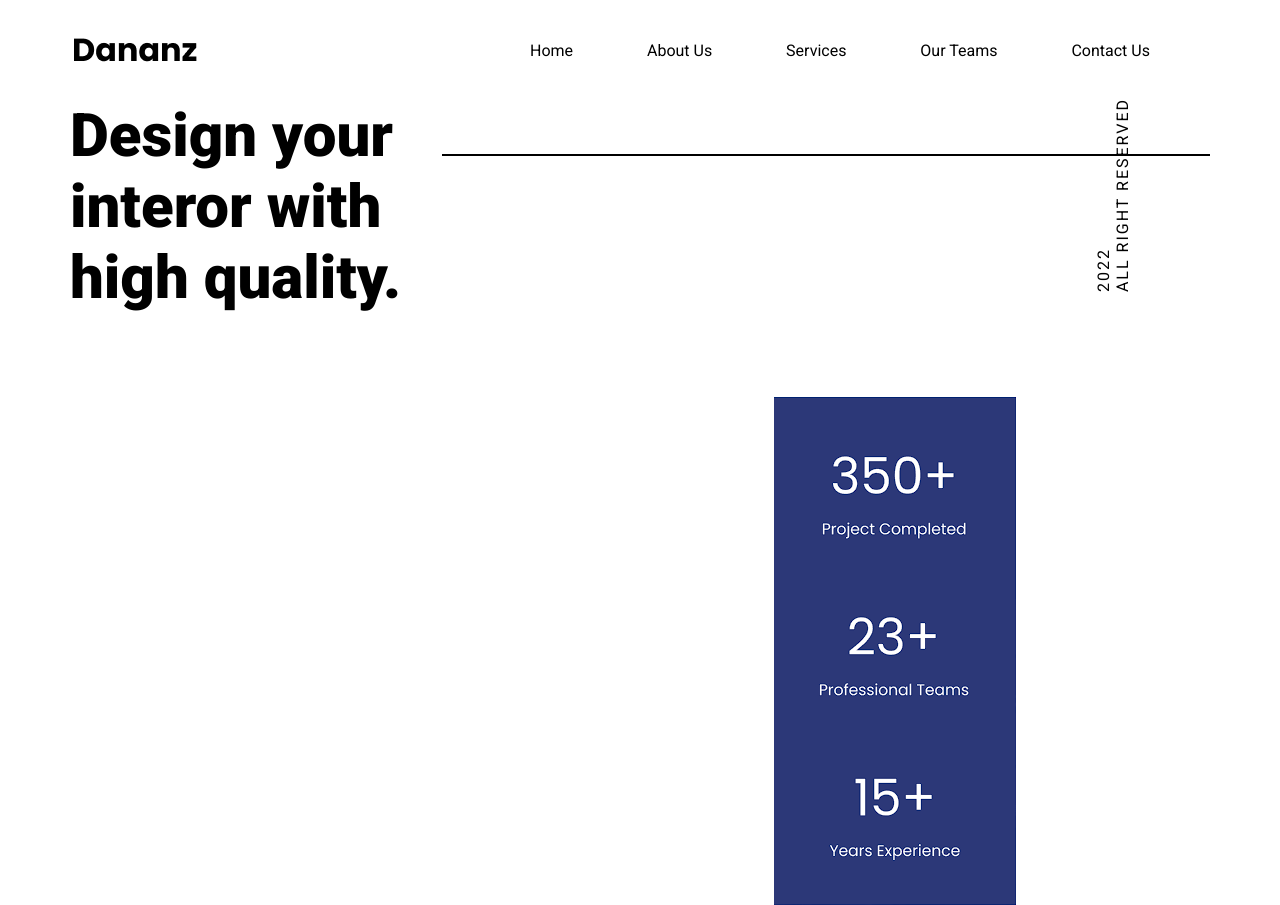
Repository: AsadKasimov/disain
Page: index.html
The author's editor kept a copy of each file at every save. The page is drawn from the files as they stood at one save, then again after the next save.
The browser window is 1280 px wide. The pictures show the whole page.

Above is the page before, as saved 2023-04-20 12:54:10.

After the next save:
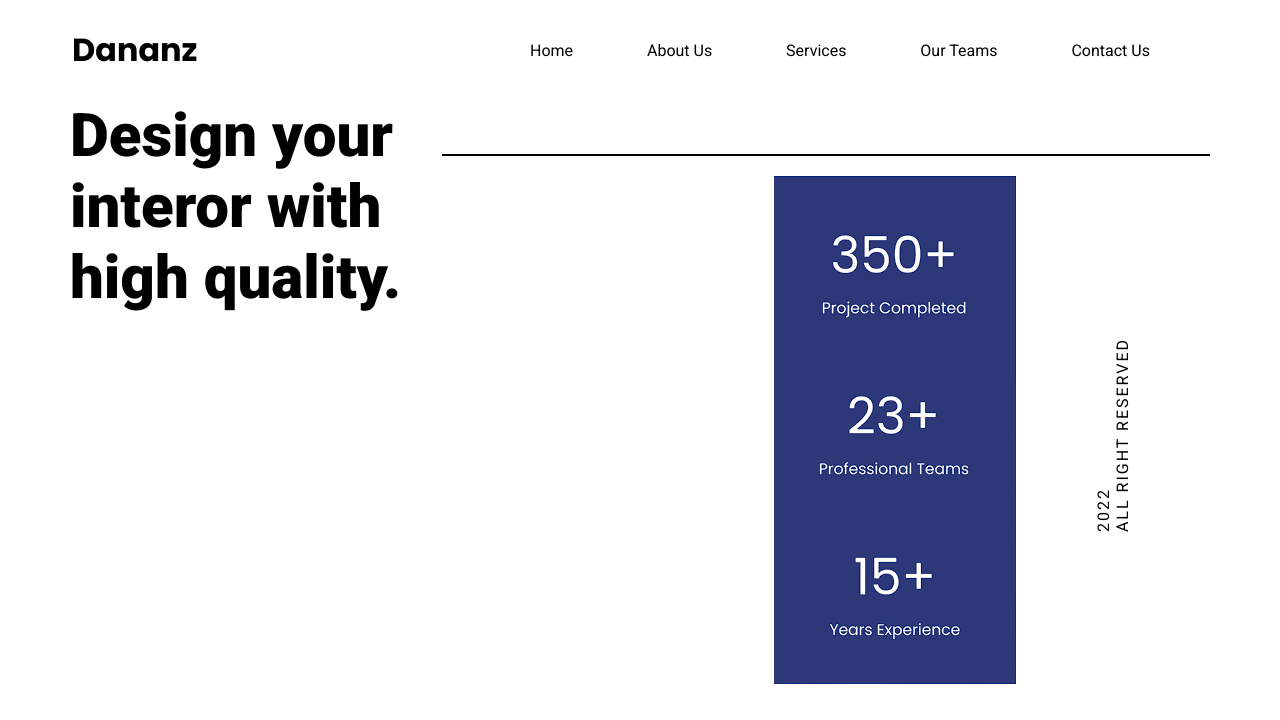
Saved 8 s later.
--- a/style.css
+++ b/style.css
@@ -153,7 +153,7 @@ hr.text-line-l{
 }
 
 .img-t {
-  padding-bottom: 90%;
+  padding-bottom: 30%;
 }
 
 .img-t p{
